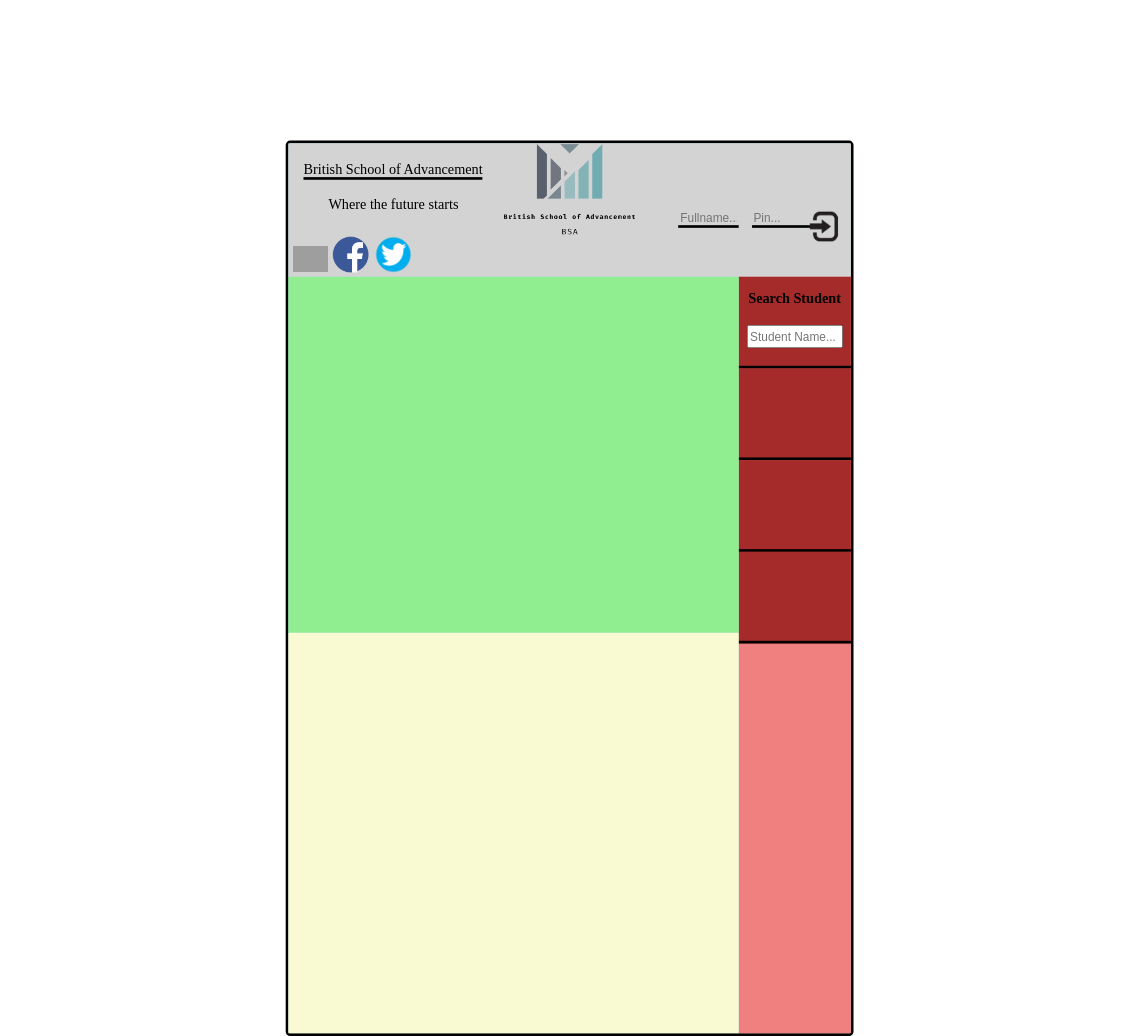
Repository: ghend99/School-app
Page: index.html
An editor plug-in stored every save of this project. The page is shown before and after the next save, followed by the edit.
The browser window is 1280 px wide. The pictures show the whole page, at 89% of full size.
Pictures or frames that could not be fetched are drawn as grey boxes.

Above is the page before, as saved 2023-03-24 13:49:56.

### index.html
<!DOCTYPE html>
<html lang="en">
  <head>
    <meta charset="UTF-8" />
    <meta http-equiv="X-UA-Compatible" content="IE=edge" />
    <meta name="viewport" content="width=device-width, initial-scale=1.0" />
    <title>Document</title>
    <link rel="stylesheet" href="style.css" />
  </head>
  <body>
    <div id="main-container">
      <!-- Header -->
      <div id="header-container">
        <p class="header-school-name">British School of Advancement</p>
        <p class="header-school-slogan">Where the future starts</p>
        <img
          id="header-socials"
          class="header-linkedin"
          src="images/LinkedIn.png"
        />
        <img
          id="header-socials"
          class="header-facebook"
          src="images/Facebook.png"
        />
        <img
          id="header-socials"
          class="header-twitter"
          src="images/Twitter.png"
        />
        <img class="header-logo" src="images/logo.png" />
        <input
          id="header-login"
          class="header-login-fullname"
          type="text"
          placeholder="Fullname..."
        />
        <input
          id="header-login"
          class="header-login-pin"
          type="number"
          placeholder="Pin..."
        />
        <img class="header-login-button" src="images/login-button.png" />
        <img class="header-login-icon" src="images/login.png" />
      </div>

      <!-- Sidebar -->
      <div id="sidebar-container">
        <div id="sidebar-link">
          <p class="sidebar-link-header">Search Student</p>
          <input id="sidebar-link-search" placeholder="Student Name..." />
        </div>
        <div id="sidebar-link"></div>
        <div id="sidebar-link"></div>
        <div id="sidebar-link"></div>
      </div>

      <!-- Student Information Container -->
      <div id="student-information-container"></div>

      <!-- Student Management Container -->
      <div id="student-management-container"></div>
    </div>

    <!-- Login Container -->
    <div id="login-container"></div>

    <div id="create-account-container"></div>

    <script src="main.js"></script>
  </body>
</html>

### style.css
#main-container {
  position: relative;
  max-width: 50%;
  min-width: 400px;
  height: 70vh;
  min-height: 1000px;
  top: 150px;
  margin-left: auto;
  margin-right: auto;
  background-color: lightblue;
  border: solid;
  border-radius: 5px;
}

#header-container {
  position: relative;
  width: 100%;
  max-height: 15%;
  min-height: 150px;
  background-color: lightgray;
}

.header-school-name {
  position: absolute;
  top: 20px;
  left: 17px;
  font-size: clamp(1rem, 1vw, 2rem);
  border-bottom: solid;
  margin: 0;
}

.header-school-slogan {
  position: absolute;
  top: clamp(5%, 60px, 80px);

  left: clamp(45px, 5%, 70px);
  font-size: clamp(0.9rem, 1.5vw, 1rem);
  margin: 0;
}

#header-socials {
  position: absolute;
  width: 40px;
  bottom: 5px;
}

.header-linkedin {
  left: 5px;
}

.header-facebook {
  left: clamp(50px, 7%, 60px);
}

.header-twitter {
  left: clamp(98px, 9%, 110px);
}

.header-logo {
  margin-left: auto;
  margin-right: auto;
  display: block;
  width: 150px;
  height: 100%;
}

#header-login {
  position: absolute;
  max-width: 10%;
  min-width: 5%;
  top: 50%;
  margin: 0;
  background-color: transparent;
  text-decoration: none;
  border: none;
  border-bottom: solid;
  outline: none;
}

.header-login-fullname {
  right: 20%;
}

.header-login-pin {
  right: 7%;
}

.header-login-button {
  position: absolute;
  right: 5px;
  width: 50px;
  top: 45%;
}

.header-login-icon {
  display: none;
}
#sidebar-container {
  position: absolute;
  max-width: 30%;
  min-width: 20%;
  height: 85%;
  right: 0;
  flex-direction: column;
  background-color: lightcoral;
}

#sidebar-link {
  position: relative;
  display: flex;
  width: 100%;
  height: 100px;
  background-color: brown;
  justify-content: center;
  border-bottom: solid;
}

.sidebar-link-header {
  position: absolute;
  font-size: 16px;
  font-weight: bold;
}

#sidebar-link-search {
  position: absolute;
  max-width: 75%;
  min-width: 100px;
  height: 20px;
  bottom: 20px;
}

#student-information-container {
  position: relative;
  max-width: 80%;
  min-width: 50%;
  height: 40%;
  top: 0;
  background-color: lightgreen;
}

#student-management-container {
  position: relative;
  max-width: 80%;
  min-width: 50%;
  height: 45%;
  bottom: 0;
  background-color: lightgoldenrodyellow;
}

#login-container {
  position: absolute;
  top: 50%;
  left: 50%;
  transform: translate(-50%, -50%);
  max-width: 70%;
  min-width: 400px;
  height: 40vh;
  opacity: 0;
  background-color: aliceblue;
}

#create-account-container {
  position: absolute;
  top: 50%;
  left: 50%;
  transform: translate(-50%, -50%);
  max-width: 70%;
  min-width: 420px;
  height: 50vh;
  opacity: 0;
  background-color: aliceblue;
}

@media screen and (min-width: 0) and (max-width: 1200px) {
  .header-school-slogan {
    top: 50px;
  }

  .header-logo {
    display: none;
  }

  #header-login {
    display: none;
  }

  .header-login-button {
    display: none;
  }

  .header-login-icon {
    position: absolute;
    display: flex;
    right: 5px;
    width: 50px;
    top: 45%;
  }
}

Loaded but not shown: js/main.js (no copy from this time; the picture is the same without it)

After the next save:
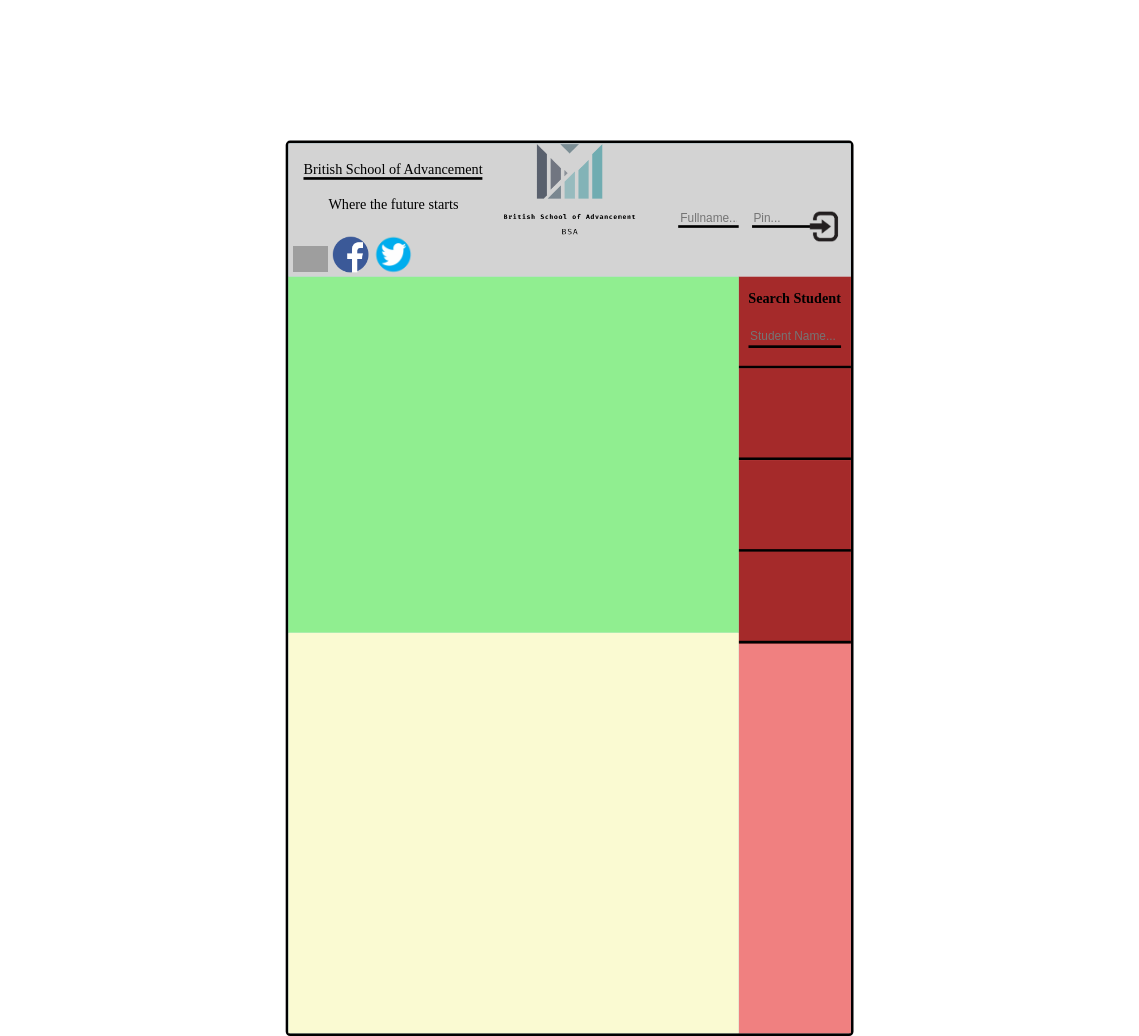
Saved 23 s later.
--- a/style.css
+++ b/style.css
@@ -127,6 +127,11 @@
   min-width: 100px;
   height: 20px;
   bottom: 20px;
+  background-color: transparent;
+  text-decoration: none;
+  border: none;
+  border-bottom: solid;
+  outline: none;
 }
 
 #student-information-container {
